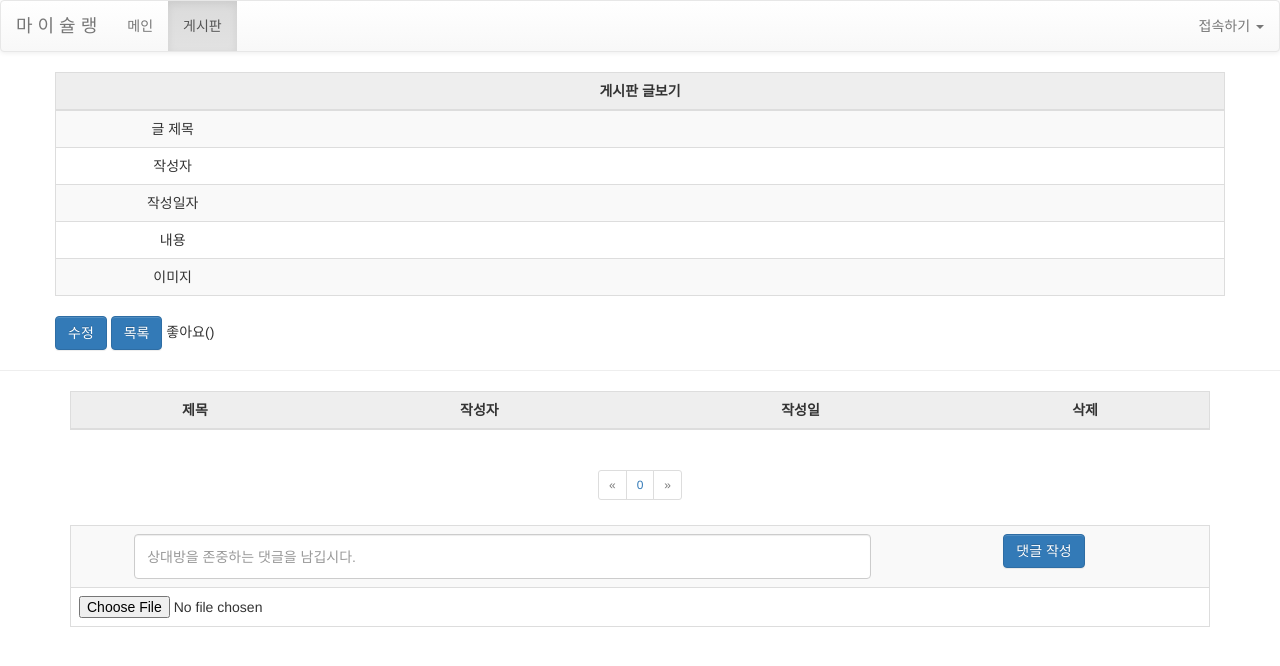
Repository: serendipity63/mychelin
Page: http://localhost/board/WEB-INF/views/detailform.jsp
These files come from the project's save history. The page is drawn as it stood at one moment and after the next save; the edit follows.
The browser window is 1280 px wide. The pictures show the whole page.
Some web libraries are served in a nearby version. The page is served by Tomcat 9. Nobody is signed in. Other server files are loaded and not shown. The template is opened directly, without the code that normally fills it, so the values that code supplies are empty.

Above is the page before, as saved 2024-01-12 02:33:36.
Console error (its wording comes from the project's code and is left out).

### board/src/main/webapp/WEB-INF/views/detailform.jsp
<%@ page language="java" contentType="text/html; charset=UTF-8"
	pageEncoding="UTF-8"%>
<%@ taglib prefix="c" uri="http://java.sun.com/jsp/jstl/core"%>
<c:set var="contextPath" value="${pageContext.request.contextPath }" />
<!DOCTYPE html>
<html>
<head>
<meta charset="UTF-8">
<meta http-equiv="Content-Type" content="text/html; charset=UTF-8">
<meta name="viewport" content="width=device-width" , initial-scale="1">
<link rel="stylesheet" type="text/css"
	href="https://maxcdn.bootstrapcdn.com/bootstrap/3.3.7/css/bootstrap.min.css">
<link rel="stylesheet" type="text/css"
	href="https://maxcdn.bootstrapcdn.com/bootstrap/3.3.7/css/bootstrap-theme.min.css">
<script
	src="https://maxcdn.bootstrapcdn.com/bootstrap/3.3.7/js/bootstrap.min.js"></script>
<link rel="stylesheet" type="text/css"
	href="${contextPath}/resources/static/css/bootstrap.css">
<script src="https://code.jquery.com/jquery-3.1.1.min.js"></script>
<script src="${contextPath}/resources/static/js/bootstrap.js"></script>
<title>JSP 게시판 사이트</title>

<script type="text/javascript">
	$(function() {
		$('#heart')
				.click(
						function() {
							$
									.ajax({
										url : '${contextPath}/like',
										type : 'post',
										data : {
											'num' : '<c:out value= "${board.num}"/>'
										},
										success : function(res) {
											console.log(res);
											if (res === "true") {
												$("#heart")
														.attr("src",
																"${contextPath}/resources/img/like.png")
												$("#likecount")
														.text(
																+$("#likecount")
																		.text() + 1);
											} else {
												$("#heart")
														.attr("src",
																"${contextPath}/resources/img/unlike.png")
												$("#likecount")
														.text(
																+$("#likecount")
																		.text() - 1);
											}
										},
										error : function(err) {
											console.log(err);
										}
									})
						})
	})
</script>
<script>
	window.onload = function(){
		const fileDom= document.querySelector('#file');
		const imageBox= document.querySelector('#image-box');

		fileDom.addEventListener('change',()=> {
			const imageSrc= URL.createObjectURL(fileDom.files[0]);
			imageBox.src= imageSrc;
		})
	}
</script>
</head>
<body>
	<nav class="navbar navbar-default">
		<div class="navbar-header">
			<button type="button" class="navbar-toggle collapsed"
				data-toggle="collapse" data-target="#bs-example-navbar-collapse-1"
				aria-expanded="false">
				<span class="icon-bar"></span> <span class="icon-bar"></span> <span
					class="icon-bar"></span>
			</button>
			<a class="navbar-brand" href="${contextPath}/main">마 이 슐 랭</a>
		</div>
		<div class="collapse navbar-collapse"
			id="bs-example-navbar-collapse-1">
			<ul class="nav navbar-nav">
				<li><a href="${contextPath}/main">메인</a></li>
				<li class="active"><a href="${contextPath}/boardlist">게시판</a></li>
			</ul>
			<c:choose>

				<c:when test="${user eq Empty}">


					<ul class="nav navbar-nav navbar-right">
						<li class="dropdown"><a href="#" class="dropdown-toggle"
							data-toggle="dropdown" role="button" aria-haspopup="true"
							aria-expanded="false">접속하기 <span class="caret"></span>
						</a>
							<ul class="dropdown-menu">
								<li><a href="login">로그인</a></li>
								<li><a href="join">회원가입</a></li>
							</ul></li>
					</ul>

				</c:when>
				<c:otherwise>
					<ul class="nav navbar-nav navbar-right">
						<li class="dropdown"><a href="#" class="dropdown-toggle"
							data-toggle="dropdown" role="button" aria-haspopup="true"
							aria-expanded="false">회원관리 <span class="caret"></span>
						</a>
							<ul class="dropdown-menu">
								<li><a href="logout">로그아웃</a></li>
							</ul></li>
					</ul>
				</c:otherwise>
			</c:choose>
		</div>
	</nav>
	<div class="container" id="./writeForm">
		<div class="row">
			<input type="hidden" name="writer" value="${user.id }" />
			<table class="table table-striped"
				style="text-align: center; border: 1px solid #dddddd">
				<thead>
					<tr>
						<th colspan="3"
							style="background-color: #eeeeee; text-align: center">게시판
							글보기</th>
					</tr>
				</thead>
				<tbody>

					<tr>

						<td style="width: 20%;">글 제목</td>
						<td colspan="2" style="text-align: left;">${board.subject }</td>
					</tr>
					<tr>

						<td>작성자</td>
						<td colspan="2" style="text-align: left;">${board.writer }</td>
					</tr>
					<tr>

						<td>작성일자</td>
						<td colspan="2" style="text-align: left;">${board.writedate }</td>
					</tr>
					<tr>
						<td>내용</td>
						<td colspan="2" style="min-height: 200px; text-align: left;">${board.content }
						</td>
					</tr>
					<tr>
						<td>이미지</td>
						<td colspan="2" style="min-height: 200px; text-align: left;"><c:choose>
								<c:when test="${board.fileurl ne null}">
									<img src="${contextPath }/image/${board.fileurl}" width="100px"
										height="100px" />
								</c:when>

							</c:choose></td>

					</tr>
				</tbody>
			</table>
			<c:if test="${user.id eq board.writer }">
				<a href="${contextPath }/boardmodify/${board.num}/${page}"
					class="btn btn-primary">수정</a>
			</c:if>
			<a href="${contextPath }/boardlist?page=${page}"
				class="btn btn-primary">목록</a> 좋아요(<span id="likecount">${board.likecount }</span>)&nbsp;&nbsp;
			<c:if test="${user ne Empty }">
				<c:choose>
					<c:when test="${select==true }">
						<img id="heart" src="${contextPath }/resources/img/like.png"
							width="20px" height="20px" />


					</c:when>
					<c:otherwise>
						<img id="heart" src="${contextPath }/resources/img/unlike.png"
							width="20px" height="20px" />
					</c:otherwise>
				</c:choose>
			</c:if>

		</div>

	</div>
	<hr />


	<div class="container">
		<table class="table table-striped"
			style="text-align: center; border: 1px solid #dddddd">
			<thead>
				<tr>
					<th style="background-color: #eeeeee; text-align: center;">제목</th>
					<th style="background-color: #eeeeee; text-align: center;">작성자</th>
					<th style="background-color: #eeeeee; text-align: center;">작성일</th>
					<th style="background-color: #eeeeee; text-align: center;">삭제</th>
				</tr>
			</thead>
			<tbody>
				<c:forEach items="${boardList}" var="board">
					<tr id="tr_bottom">
						<td><a
							href="${contextPath}/boarddetail/${board.num}/${pageInfo.curPage}">${board.subject}</a></td>
						<td>${board.writer}</td>
						<td>${board.writedate}</td>
						<td><c:if test="${user.id == reply.writer}">
								<a
									href="${contextPath}/boarddelete/${board.num}/${pageInfo.curPage}">삭제</a>
							</c:if></td>
					</tr>
				</c:forEach>
			</tbody>
		</table>
		<nav aria-label="Page navigation" style="text-align: center;">
			<ul class="pagination pagination-sm" style="display: inline-block;">
				<c:choose>
					<c:when test="${pageInfo.curPage > 1}">
						<li><a
							href="${contextPath}/boardlist?page=${pageInfo.curPage-1}"
							onclick="return callBtn(${pageInfo.curPage-1});"
							aria-label="Previous"> <span aria-hidden="true">&laquo;</span>
						</a></li>
					</c:when>
					<c:otherwise>
						<li class="disabled"><span aria-hidden="true">&laquo;</span>
						</li>
					</c:otherwise>
				</c:choose>

				<c:forEach begin="${pageInfo.startPage}" end="${pageInfo.endPage}"
					var="i">
					<li class="${pageInfo.curPage == i ? 'active' : ''}"><a
						href="${contextPath}/boardlist?page=${i}"
						onclick="return callBtn(${i});">${i}</a></li>
				</c:forEach>

				<c:choose>
					<c:when test="${pageInfo.curPage < pageInfo.allPage}">
						<li><a
							href="${contextPath}/boardlist?page=${pageInfo.curPage+1}"
							onclick="return callBtn(${pageInfo.curPage+1});"
							aria-label="Next"> <span aria-hidden="true">&raquo;</span>
						</a></li>
					</c:when>
					<c:otherwise>
						<li class="disabled"><span aria-hidden="true">&raquo;</span>
						</li>
					</c:otherwise>
				</c:choose>
			</ul>
		</nav>
	</div>


	<div class="container">
		<div class="form-group">
			<form method="post" enctype="multipart/form-data"
				action="${contextPath }/reply" name="commentform">
				<input type="hidden" name="writer" value="${user.id }" /> <input
					type="hidden" name="num" value="${board.num}" />
				<!-- 추가 -->
				<table class="table table-striped"
					style="text-align: center; border: 1px solid #dddddd">
					<tr>
						<td style="border-bottom: none;"><br />${user.id}</td>
						<td><input type="text" style="height: 4.5rem;"
							class="form-control" name="content"
							placeholder="상대방을 존중하는 댓글을 남깁시다." name="commentText"></td>
						<td><input type="submit" class="btn btn-primary pull"
							value="댓글 작성"></td>
					</tr>
					<tr>
						<td colspan="3"><input name="file" type="file" id="file"
							accept="image/*" /></td>
					</tr>
				</table>
			</form>
		</div>
	</div>

</body>
</html>

Loaded but not shown: board/src/main/webapp/resources/static/css/bootstrap.css (library); board/src/main/webapp/resources/static/js/bootstrap.js (library)

After the next save:
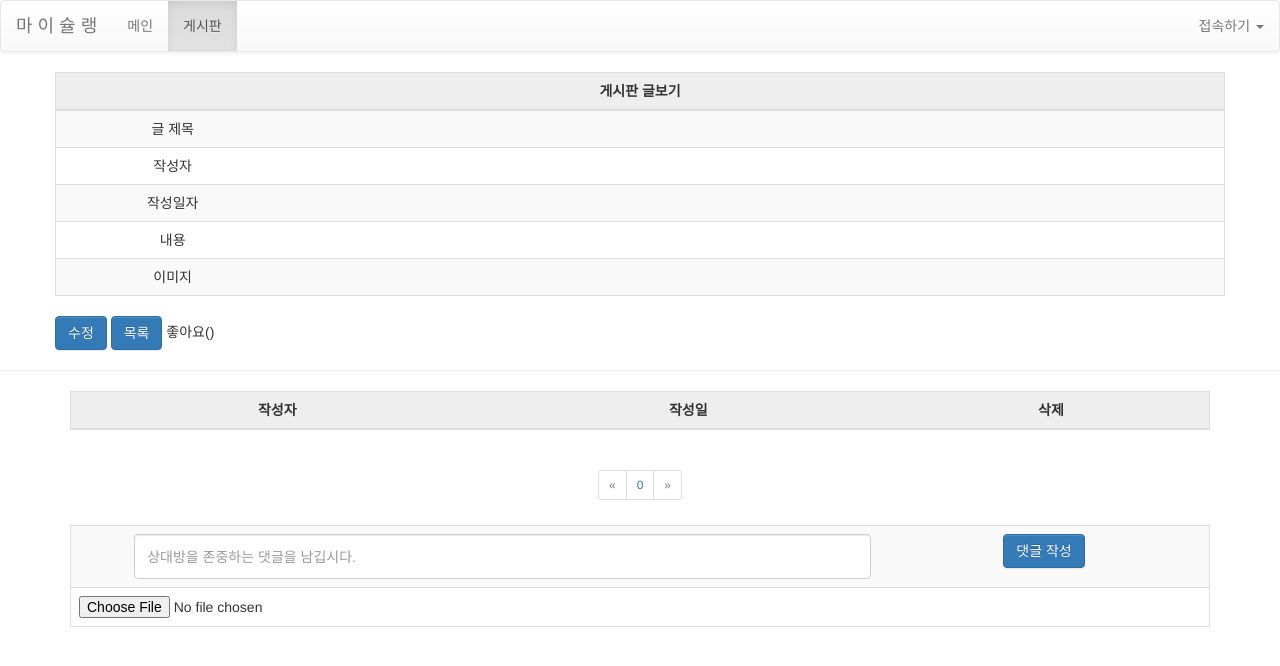
Saved 29 s later.
--- a/board/src/main/webapp/WEB-INF/views/detailform.jsp
+++ b/board/src/main/webapp/WEB-INF/views/detailform.jsp
@@ -198,7 +198,6 @@
 			style="text-align: center; border: 1px solid #dddddd">
 			<thead>
 				<tr>
-					<th style="background-color: #eeeeee; text-align: center;">제목</th>
 					<th style="background-color: #eeeeee; text-align: center;">작성자</th>
 					<th style="background-color: #eeeeee; text-align: center;">작성일</th>
 					<th style="background-color: #eeeeee; text-align: center;">삭제</th>
